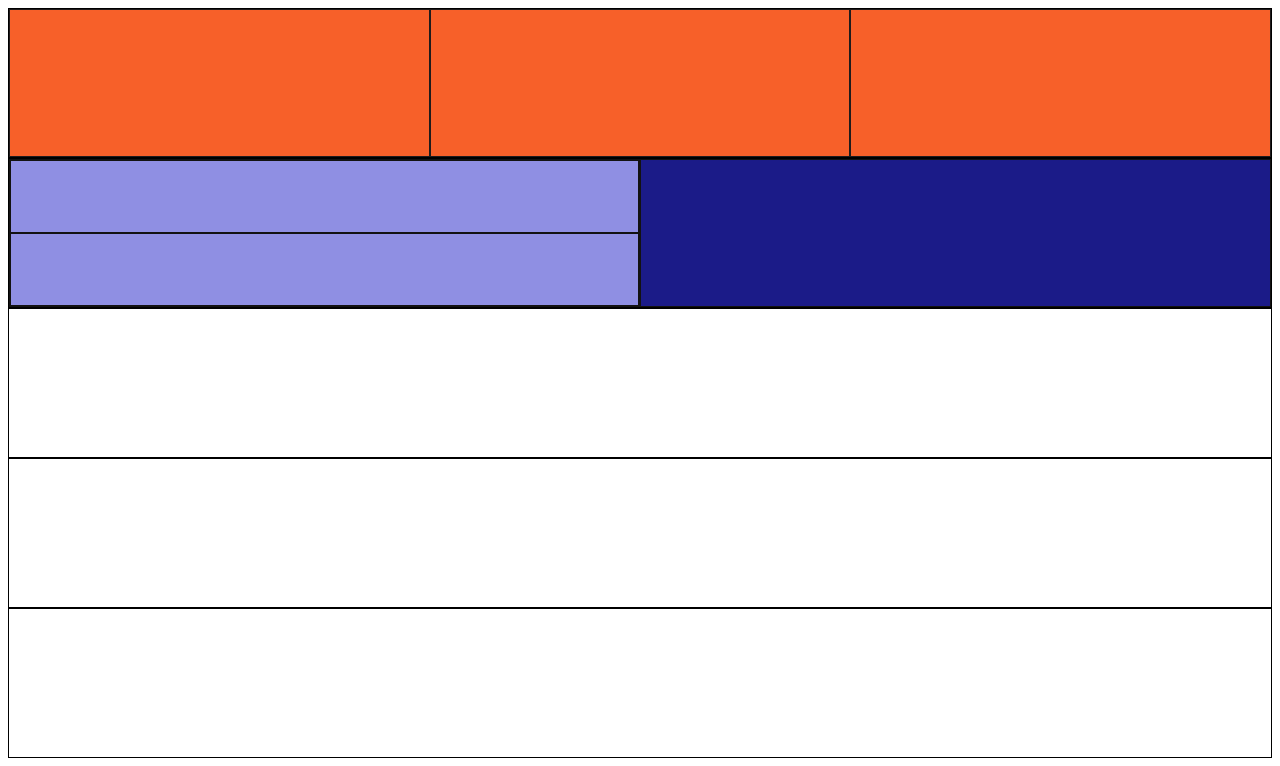
Repository: AishwaryaPandey987/PGLife
Page: home.html
An editor plug-in stored every save of this project. The page is shown before and after the next save, followed by the edit.
The browser window is 1280 px wide. The pictures show the whole page.

Above is the page before, as saved 2022-10-27 21:00:07.

### home.html
<!DOCTYPE html>
  <html>
    <head>
        <title>CSS Page</title>
         <link rel="stylesheet" href="css/style.css" />
    </head>
    <body>

      <div class="row">
        <div class="col"></div>
        <div class="col"></div>
        <div class="col"></div>
      </div>


      <div class="row">
        <div class="col2">
          <div class="row2"></div>
          <div class="row2"></div>
        </div>
        <div class="col2"></div>
      </div>


      <div class=" row">
        <div class="box1"></div>
        <div class="box2"></div>
        <div class="box3"></div>
      </div>


      <div class="row"></div>

      <div class="row"></div>
    </body>
  </html>

### css/style.css
* {
  box-sizing: border-box;
}

.row{

  border:  1px solid black;
 height: 150px;
 font-size: 0px;
}

.col{
  border: 1px solid rgb(31, 27, 28);
  display: inline-block;
  height: 100%;
  width: 33.33%;
background-color: rgb(247, 96, 41);

}
.col2{
  border: 1px solid rgb(19, 18, 18);
  display: inline-block;
  height: 100%;
  width: 50%;
  background-color: rgb(27, 27, 136);
}
.row2{
  border: 1px solid rgb(19, 18, 18);
  display: block;
  height: 50%;
  width: 100%;
  background-color: rgb(143, 143, 227);
}

.col3{
  border: 1px solid rgb(19, 18, 18);
  display: inline-block;
  height: 100%;
  width: 33.33%;
  background-color: rgb(214, 198, 25);
}

After the next save:
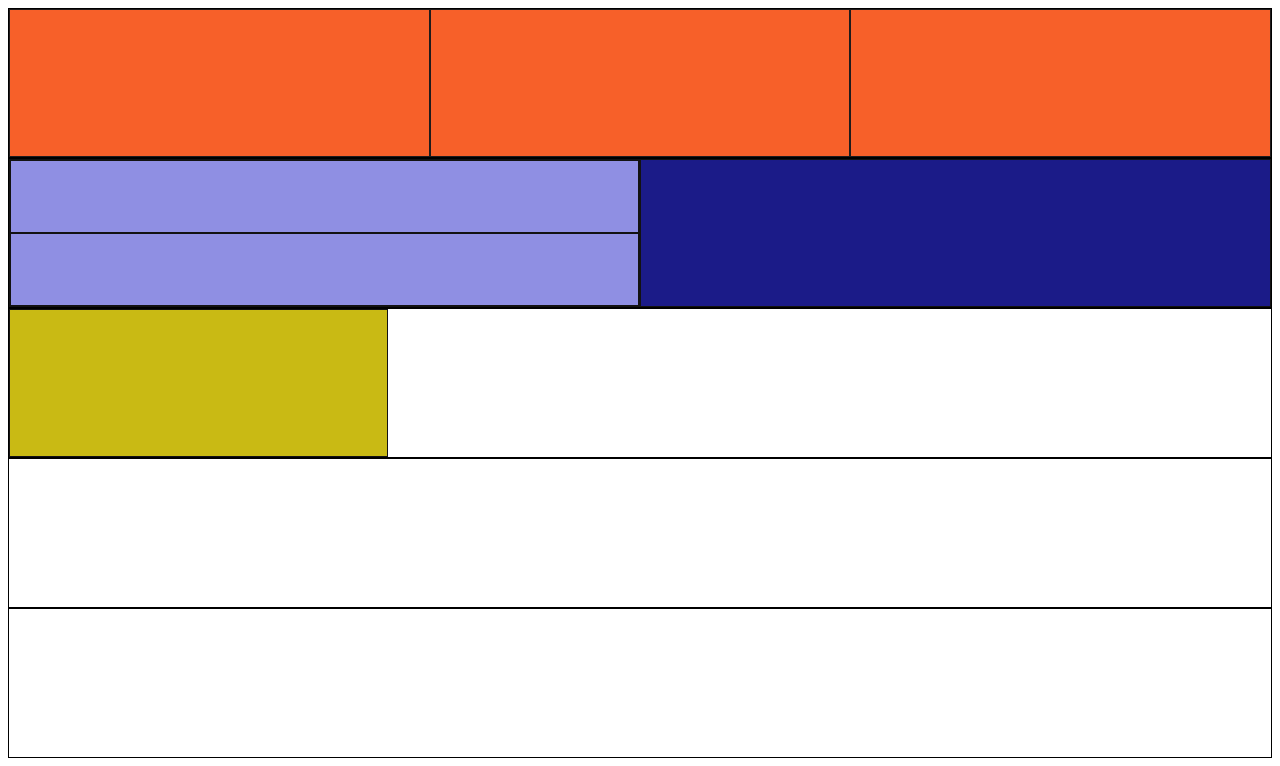
Saved 2 min 8 s later.
--- a/css/style.css
+++ b/css/style.css
@@ -32,10 +32,10 @@ background-color: rgb(247, 96, 41);
   background-color: rgb(143, 143, 227);
 }
 
-.col3{
+.box1{
   border: 1px solid rgb(19, 18, 18);
   display: inline-block;
   height: 100%;
-  width: 33.33%;
-  background-color: rgb(214, 198, 25);
+  width: 30%;
+  background-color: rgb(201, 186, 20);
 }
